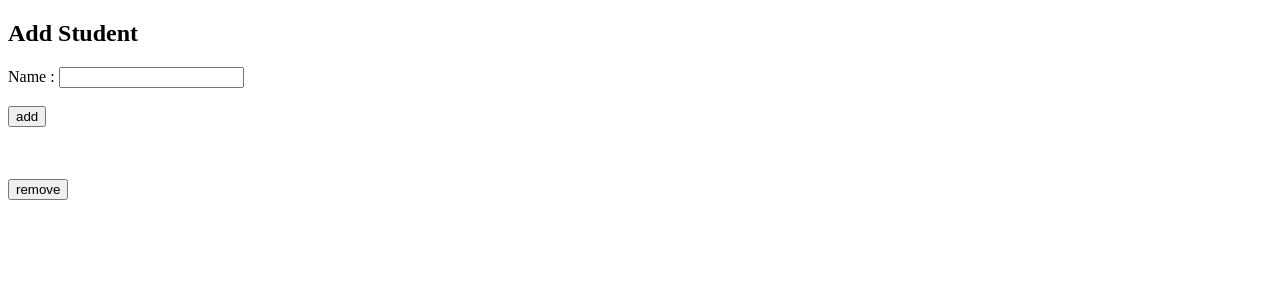
Repository: mistikel/Java-Servlet-3
Page: http://localhost/SampleServlet/Servlet
The author's editor kept a copy of each file at every save. The page is drawn from the files as they stood at one save, then again after the next save.
The browser window is 1280 px wide. The pictures show the whole page.
The page is served by Tomcat 9.

Above is the page before, as saved 2017-04-21 03:29:39.

After the next save:
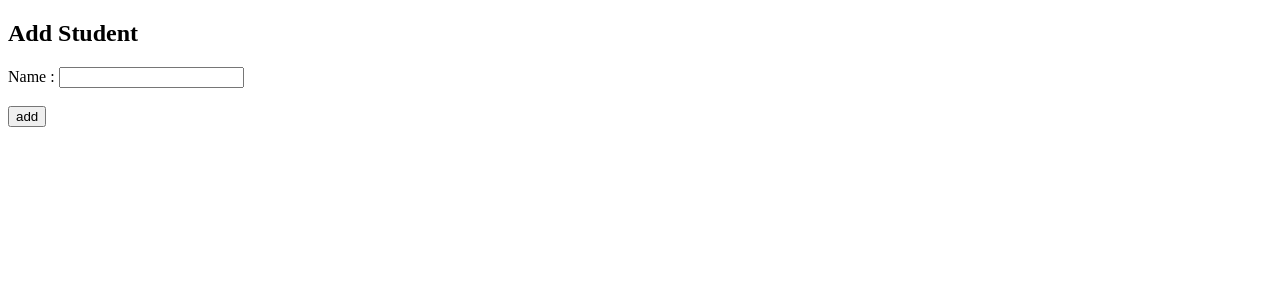
Saved 56 min 18 s later.
--- a/Java Servlet 3 Exercise/project4-exercise/SampleServlet/WebContent/hello.jsp
+++ b/Java Servlet 3 Exercise/project4-exercise/SampleServlet/WebContent/hello.jsp
@@ -20,12 +20,14 @@
 <ul>
 <c:forEach items="${name}" var="name">
         <li>${name}</li>
+        <form action="Servlet" method="post">
+        <input type="hidden" name="delete" value="${name}">
+		<input type="submit" name="remove" value="remove">
+		</form>
 </c:forEach>
 </ul>
 <br>
-<form action="Servlet" method="post">
-<input type="submit" name="remove" value="remove">
-</form>
+
 
 
 
